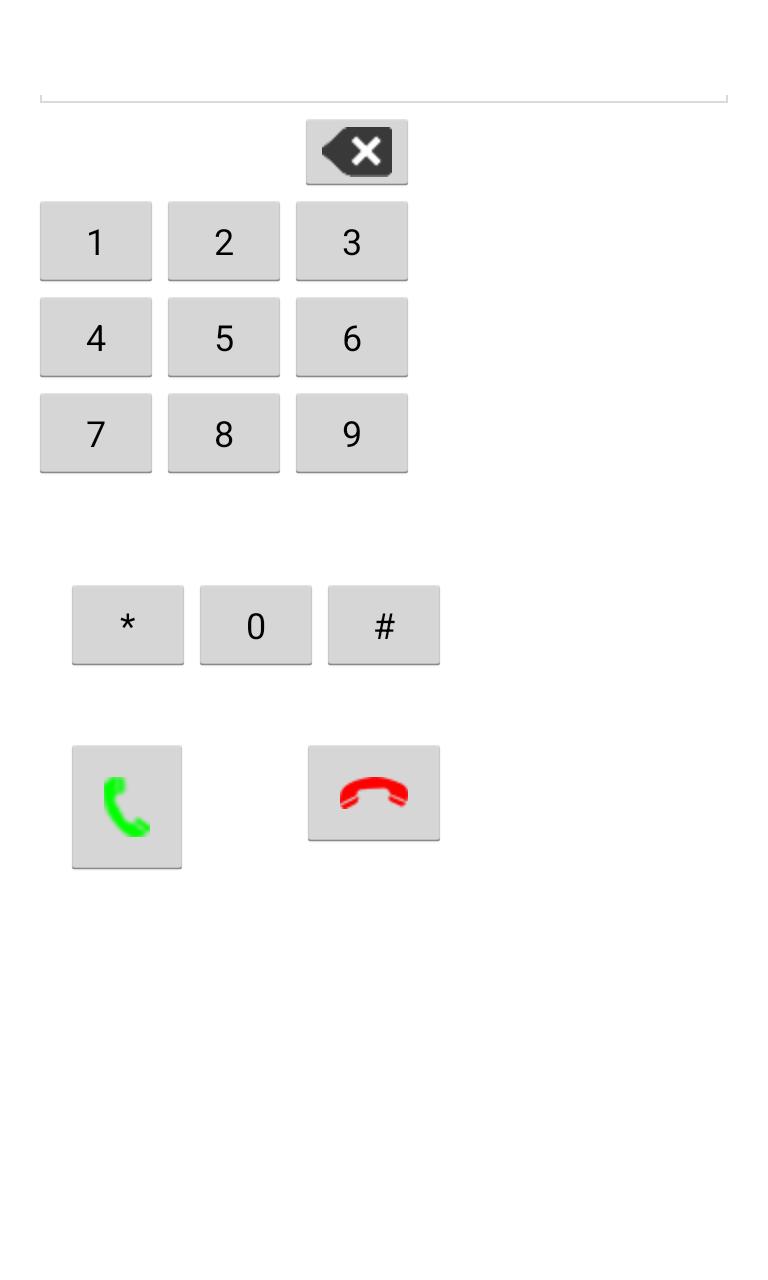
Repository: andreeastoican/Laborator03
Layout: PhoneDialer/res/layout/activity_phone_dialer.xml
These files come from the project's save history. The layout is drawn as it stood at one moment and after the next save; the edit follows.
It is drawn on a 768 x 1280 px phone screen (xhdpi) without system bars, with theme AppTheme; the app's code is not run.

Above is the layout before, as saved 2015-03-10 10:03:41.

### PhoneDialer/res/layout/activity_phone_dialer.xml
<LinearLayout xmlns:android="http://schemas.android.com/apk/res/android"
    xmlns:tools="http://schemas.android.com/tools"
    android:layout_width="match_parent"
    android:layout_height="match_parent"
    android:paddingBottom="@dimen/activity_vertical_margin"
    android:paddingLeft="@dimen/activity_horizontal_margin"
    android:paddingRight="@dimen/activity_horizontal_margin"
    android:paddingTop="@dimen/activity_vertical_margin"
    android:orientation="vertical"
    tools:context="ro.pub.cs.systems.pdsd.lab03.phonedialer.PhoneDialerActivity" >

    <EditText
        android:id="@+id/id_edit_text"
		android:layout_width="fill_parent"
	    android:layout_height="wrap_content"
	    android:ems="10"
	    android:inputType="text"
	    android:enabled="false"
        />

    <GridLayout
	    android:id="@+id/GridLayout1"
	    android:layout_width="wrap_content"
	    android:layout_height="wrap_content"
	    tools:context=".GridXMLActivity"
	    android:rowCount="6"
	    android:columnCount="3" >

        <ImageButton
        android:id="@+id/id_img_button"
        android:layout_width="wrap_content"
        android:layout_height="wrap_content"
        android:src="@drawable/backspace"
        android:layout_below="@id/id_edit_text"
        android:layout_alignParentRight="true"
        android:layout_gravity="right"
		android:layout_columnSpan="3"
    	/>

        <Button
			    android:id="@+id/id1"
		    android:layout_width="wrap_content"
	        android:layout_height="wrap_content"
	        android:text="1"
		    />
		<Button
		    android:id="@+id/id2"
		    android:layout_width="wrap_content"
	        android:layout_height="wrap_content"
	        android:text="2"
		    />
		<Button
		    android:id="@+id/id3"
		    android:layout_width="wrap_content"
	        android:layout_height="wrap_content"
	        android:text="3"
		    />
		<Button
		    android:id="@+id/id4"
		    android:layout_width="wrap_content"
	        android:layout_height="wrap_content"
	        android:text="4"
		    />
		<Button
		    android:id="@+id/id5"
		    android:layout_width="wrap_content"
	        android:layout_height="wrap_content"
	        android:text="5"
		    />
		<Button
		    android:id="@+id/id6"
		    android:layout_width="wrap_content"
	        android:layout_height="wrap_content"
	        android:text="6"
		    />

		<Button
		    android:id="@+id/id7"
		    android:layout_width="wrap_content"
	        android:layout_height="wrap_content"
	        android:text="7"
		    />
		<Button
		    android:id="@+id/id8"
		    android:layout_width="wrap_content"
	        android:layout_height="wrap_content"
	        android:text="8"
		    />
		<Button
		    android:id="@+id/id9"
		    android:layout_width="wrap_content"
	        android:layout_height="wrap_content"
	        android:text="9"
		    />

    </GridLayout>




	<LinearLayout
	  android:layout_below="@id/layout2"
	  android:id="@+id/layout3"
	  android:layout_width="wrap_content"
	  android:layout_height="wrap_content"
	  android:paddingBottom="@dimen/activity_vertical_margin"
	  android:paddingLeft="@dimen/activity_horizontal_margin"
	  android:paddingRight="@dimen/activity_horizontal_margin"
	  android:paddingTop="@dimen/activity_vertical_margin"
	  android:orientation="horizontal">



	</LinearLayout>

	<LinearLayout
	  android:layout_below="@id/layout3"
	  android:id="@+id/layout4"
	  android:layout_width="wrap_content"
	  android:layout_height="wrap_content"
	  android:paddingBottom="@dimen/activity_vertical_margin"
	  android:paddingLeft="@dimen/activity_horizontal_margin"
	  android:paddingRight="@dimen/activity_horizontal_margin"
	  android:paddingTop="@dimen/activity_vertical_margin"
	  android:orientation="horizontal">

		<Button
		    android:id="@+id/id10"
		    android:layout_width="wrap_content"
	        android:layout_height="wrap_content"
	        android:text="*"
		    />
		<Button
		    android:id="@+id/id0"
		    android:layout_width="wrap_content"
	        android:layout_height="wrap_content"
	        android:text="0"
		    />
		<Button
		    android:id="@+id/id11"
		    android:layout_width="wrap_content"
	        android:layout_height="wrap_content"
	        android:text="#"
		    />
	</LinearLayout>

	<RelativeLayout
	  android:layout_below="@id/layout4"
	  android:layout_width="wrap_content"
	  android:layout_height="wrap_content"
	  android:paddingBottom="@dimen/activity_vertical_margin"
	  android:paddingLeft="@dimen/activity_horizontal_margin"
	  android:paddingRight="@dimen/activity_horizontal_margin"
	  android:paddingTop="@dimen/activity_vertical_margin"
	  android:orientation="horizontal">

		<ImageButton
		    android:id="@+id/img_on"
		    android:layout_width="wrap_content"
	        android:layout_height="wrap_content"
	        android:src="@drawable/call"
	        android:padding="20dp"
		    />

		<ImageButton
		    android:id="@+id/img_off"
		    android:layout_width="wrap_content"
	        android:layout_height="wrap_content"
	        android:text="#"
	        android:layout_toRightOf="@id/img_on"
	        android:padding="20dp"
	        android:layout_marginLeft="55dp"
	        android:src="@drawable/hangup"
		    />
	</RelativeLayout>"

</LinearLayout>

Loaded but not shown: PhoneDialer/res/values/styles.xml (common file); PhoneDialer/res/values-v11/styles.xml (common file); PhoneDialer/res/values-v14/styles.xml (common file); PhoneDialer/res/values/dimens.xml (common file); PhoneDialer/res/values-w820dp/dimens.xml (common file)

After the next save:
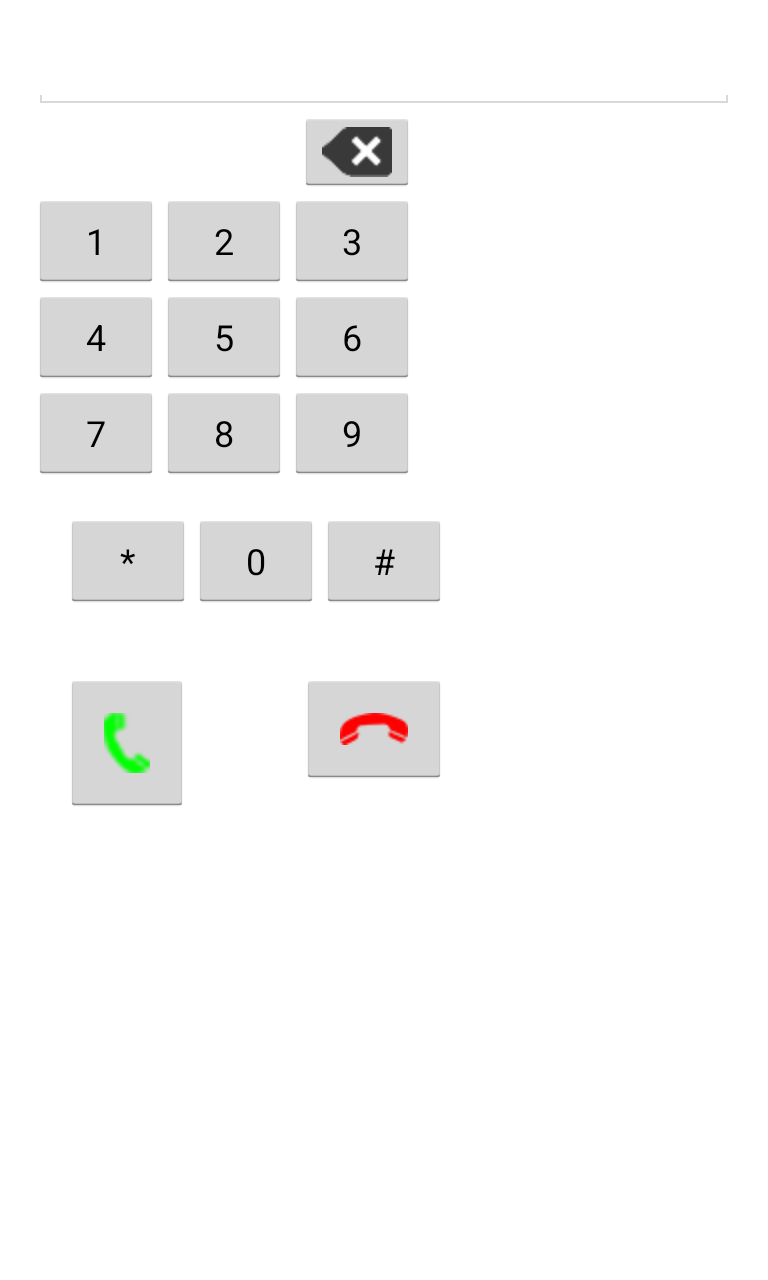
Saved 8 s later.
--- a/PhoneDialer/res/layout/activity_phone_dialer.xml
+++ b/PhoneDialer/res/layout/activity_phone_dialer.xml
@@ -96,23 +96,6 @@
     </GridLayout>
 
 
-
-
-	<LinearLayout
-	  android:layout_below="@id/layout2"
-	  android:id="@+id/layout3"
-	  android:layout_width="wrap_content"
-	  android:layout_height="wrap_content"
-	  android:paddingBottom="@dimen/activity_vertical_margin"
-	  android:paddingLeft="@dimen/activity_horizontal_margin"
-	  android:paddingRight="@dimen/activity_horizontal_margin"
-	  android:paddingTop="@dimen/activity_vertical_margin"
-	  android:orientation="horizontal">
-
-
-
-	</LinearLayout>
-
 	<LinearLayout
 	  android:layout_below="@id/layout3"
 	  android:id="@+id/layout4"
